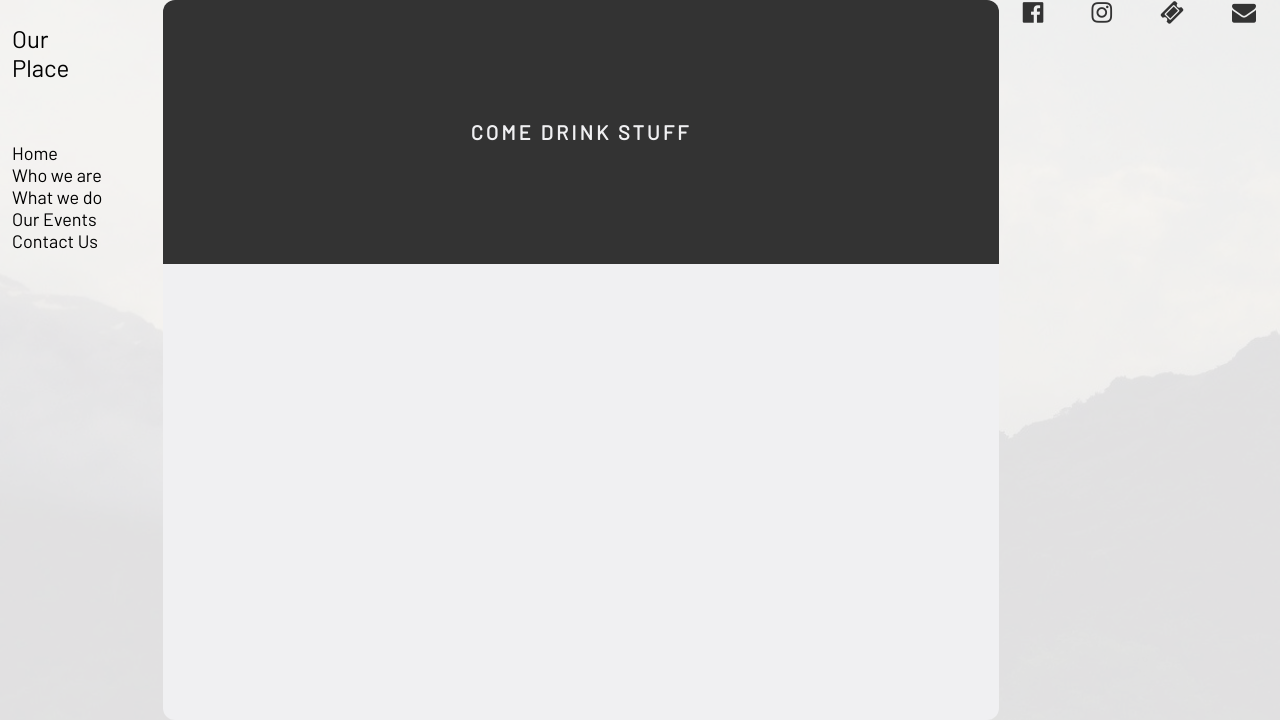
Repository: meghan-kradolfer/our-space-v1
Page: /
An editor plug-in stored every save of this project. The page is shown before and after the next save, followed by the edit.
The browser window is 1280 px wide. The pictures show the whole page.
The project was rebuilt for these pictures with package versions that can differ from the ones it lists, and the page was loaded fresh each time. Imported but missing from the stored project, and not drawn on this page: src/containers/contact-us, src/containers/our-events, src/containers/what-we-do, src/containers/who-we-are.

Above is the page before, as saved 2017-11-16 09:39:36.

After the next save:
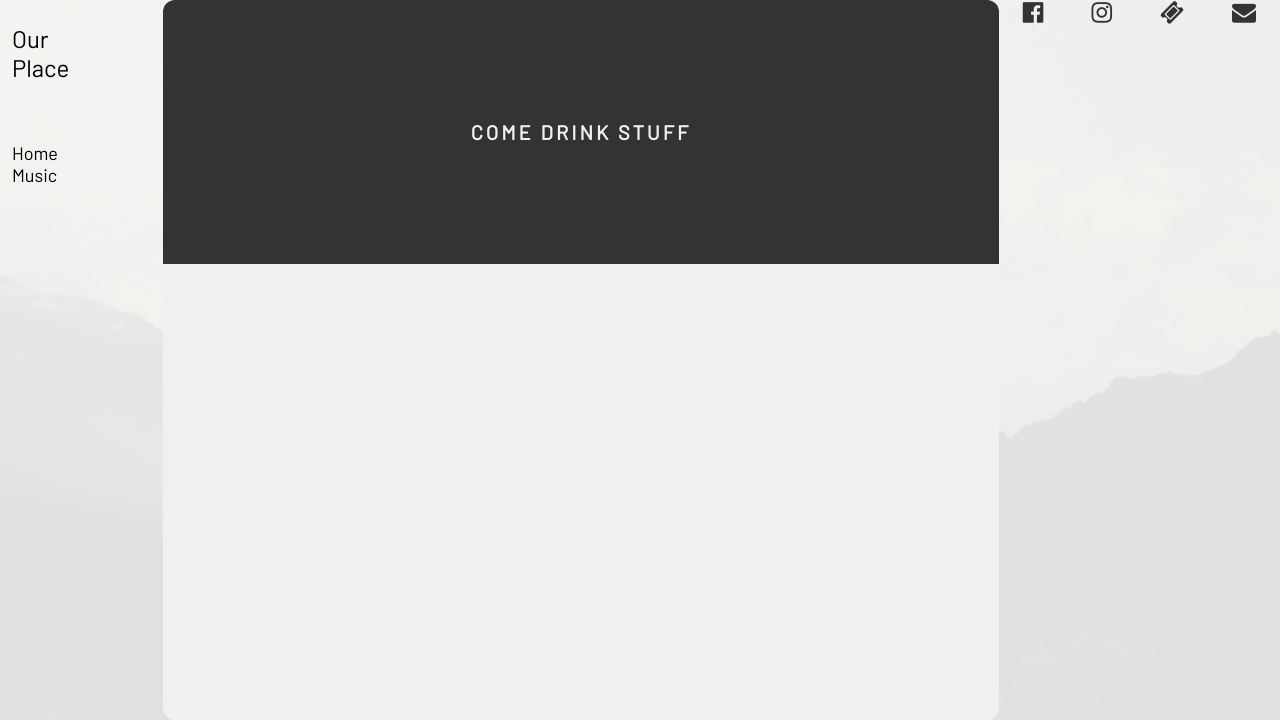
Saved 23 h 1 min later.
--- a/src/containers/app/index.js
+++ b/src/containers/app/index.js
@@ -14,10 +14,7 @@ const App = () => (
   <div className="container">
     <Nav>
       <Link to="/">Home</Link>
-      <Link to="/who-we-are">Who we are</Link>
-      <Link to="/what-we-do">What we do</Link>
-      <Link to="/our-events">Our Events</Link>
-      <Link to="/contact-us">Contact Us</Link>
+      <Link to="/music">Music</Link>
     </Nav>
     <main>
       <Route exact path="/" component={tracker(Home)}/>
